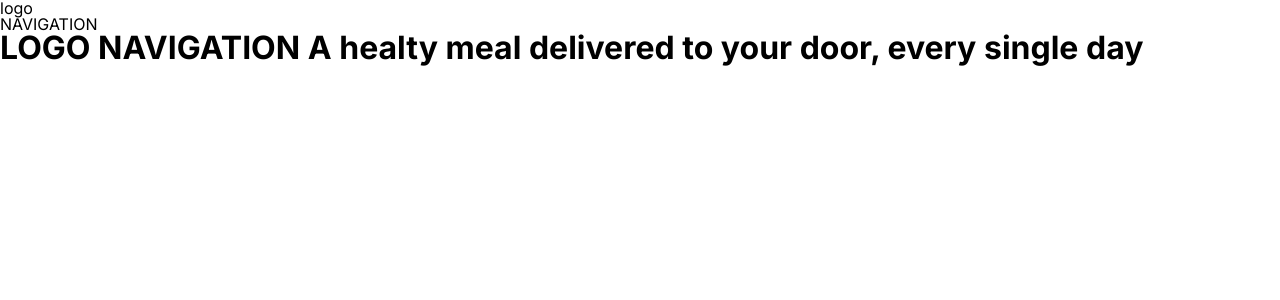
Repository: Ahmed123rezk123/06-Components
Page: hero.html
The author's editor kept a copy of each file at every save. The page is drawn from the files as they stood at one save, then again after the next save.
The browser window is 1280 px wide. The pictures show the whole page.

Above is the page before, as saved 2024-09-16 15:43:36.

### hero.html
<!DOCTYPE html>
<html lang="en">
  <head>
    <meta charset="UTF-8" />
    <meta name="viewport" content="width=device-width, initial-scale=1.0" />
    <link rel="preconnect" href="https://fonts.gstatic.com" />
    <link
      href="https://fonts.googleapis.com/css2?family=Inter:wght@400;500;700&display=swap"
      rel="stylesheet"
    />
    <style>
      * {
        margin: 0;
        padding: 0;
        box-sizing: border-box;
      }

      body {
        font-family: "Inter", sans-serif;
        /* color: #343a40;
        background-color: #f8f9fa; */
        line-height: 1;
      }
    </style>
    <title>Pagination</title>
  </head>
  <body>
    <header>
      <nav class="container">
        <div>logo</div>
        <div>NAVIGATION</div>
      </nav>
      <div class="header-container">
        <div class="header-container-inner">
          <h1>
            LOGO NAVIGATION A healty meal delivered to your door, every single
            day
          </h1>
        </div>
      </div>
    </header>
  </body>
</html>

After the next save:
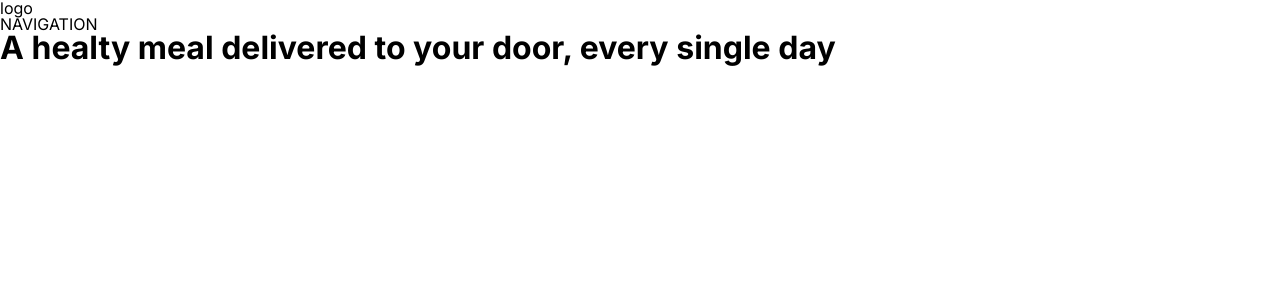
Saved 21 s later.
--- a/hero.html
+++ b/hero.html
@@ -32,10 +32,7 @@
       </nav>
       <div class="header-container">
         <div class="header-container-inner">
-          <h1>
-            LOGO NAVIGATION A healty meal delivered to your door, every single
-            day
-          </h1>
+          <h1>A healty meal delivered to your door, every single day</h1>
         </div>
       </div>
     </header>
